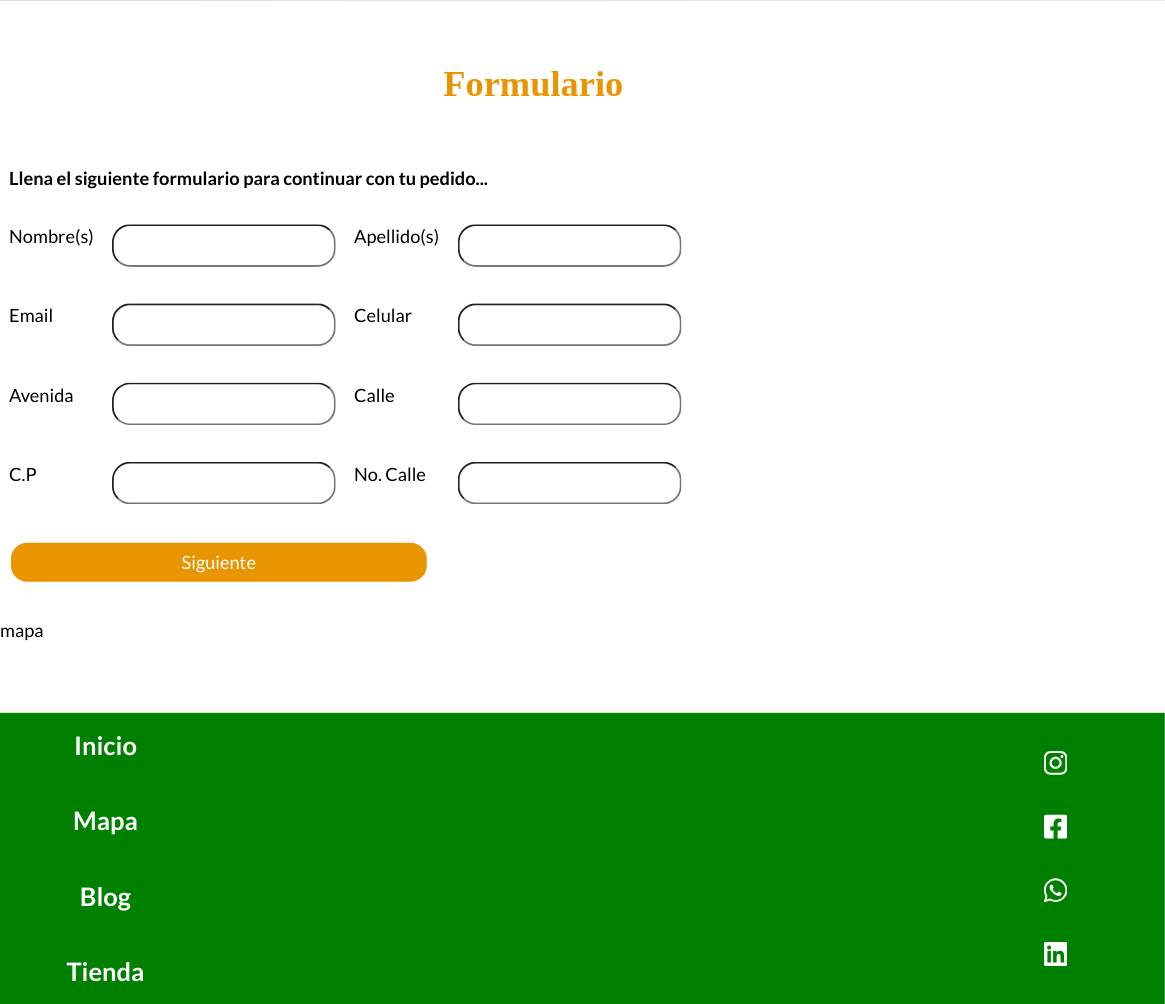
Repository: CarlosCamposRodriguez99/cv-beta-frontend
Page: /mapa
The author's editor kept a copy of each file at every save. The page is drawn from the files as they stood at one save, then again after a run of saves.
The browser window is 1280 px wide. The pictures show the part of the page from y = 219 to 1322 px (the page is 1322 px tall before and 1302 px after), at 91% of full size.
Some web fonts or font styles are not loaded; a fallback is used. The project was rebuilt for these pictures with package versions that can differ from the ones it lists, and the page was loaded fresh each time. The framework's server and built-in components were replaced by stand-ins that run in the browser. Also part of the build but not shown: next.config.js.

Above is the page before, as saved 2022-05-05 21:59:25.

### pages/_app.js
import { useState, useEffect } from 'react';
import '../styles/normalize.css';
import '../styles/globals.css';

function MyApp({ Component, pageProps }) {

  const [carrito, setCarrito] = useState([]);

  useEffect(() => {
    const carritoLS = JSON.parse(localStorage.getItem('carrito')) ?? [];
    setCarrito(carritoLS);

  }, [])

  useEffect(() => {
    localStorage.setItem("carrito", JSON.stringify(carrito));

  }, [carrito])

  const agregarCarrito = (producto) => {
    if(carrito.some((articulo) => articulo.id === producto.id)) {
      const carritoActualizado = carrito.map( articulo => {
        if(articulo.id === producto.id) {
          articulo.cantidad = producto.cantidad
        }
        return articulo;
      });

      setCarrito(carritoActualizado);
    } else {
      setCarrito([...carrito, producto]);
    }
  };

  const actualizarCantidad = (producto) => {
    const carritoActualizado = carrito.map((articulo) => {
      if(articulo.id === producto.id) {
        articulo.cantidad = producto.cantidad
      }
      return articulo;
    });

    setCarrito(carritoActualizado);
  };

  const eliminarProducto = id => {
    const carritoActualizado = carrito.filter( articulo => articulo.id !== id)
    setCarrito(carritoActualizado);
  }


  return <Component {...pageProps}
    carrito={carrito}
    agregarCarrito={agregarCarrito}
    actualizarCantidad={actualizarCantidad}
    eliminarProducto={eliminarProducto}

  />
}

export default MyApp

### pages/mapa.js
import Layout from '../components/Layout';
import styles from '../styles/Mapa.module.css';

const Mapa = () => {
  return (
    <Layout
      pagina='Mapa'
    >
      <div className={styles.head}>
        <h2 className={styles.titulo}>Formulario</h2>
        <p className={styles.descripcion}>Llena el siguiente formulario para continuar con tu pedido...</p>
        <form>
          <div className={styles.contenido}>
            <label
              className="block uppercase text-slate-800 font-bold text-xl"
              htmlFor="nombre"
            >Nombre(s) </label>

              <input
                type="text"
                id="nombre"
                className={styles.borde}
              />

            <label
              className="block uppercase text-slate-800 font-bold text-xl"
              htmlFor="apellido"
            >Apellido(s) </label>

              <input
                type="text"
                id="apellido"
                className={styles.borde}
              />

            <label
              className="block uppercase text-slate-800 font-bold text-xl"
              htmlFor="email"
            >Email </label>

              <input
                type="text"
                id="email"
                className={styles.borde}
              />

            <label
              className="block uppercase text-slate-600 font-bold text-xl"
              htmlFor="celular"
            >Celular </label>

              <input
                type="text"
                id="celular"
                className={styles.borde}
              />

            <label
              className="block uppercase text-slate-600 font-bold text-xl"
              htmlFor="avenida"
            >Avenida</label>

              <input
                type="text"
                id="avenida"
                className={styles.borde}
              />

            <label
              className="block uppercase text-slate-600 font-bold text-xl"
              htmlFor="calle"
            >Calle </label>

              <input
                type="text"
                id="calle"
                className={styles.borde}
              />

            <label
              className="block uppercase text-slate-600 font-bold text-xl"
              htmlFor="codigoPostal"
            >C.P </label>

              <input
                type="text"
                id="codigoPostal"
                className={styles.borde}
              />

            <label
              className="block uppercase text-slate-600 font-bold text-xl"
              htmlFor="numeroCalle"
            >No. Calle </label>

              <input
                type="text"
                id="numeroCalle"
                className={styles.borde}
              />
          </div>
        </form>


        <div className={styles.campo}>
          <input
            value="Siguiente"
            className={styles.boton}
            type="submit"

          />
        </div>
      </div>

      <div className={styles.contenido}>
        <div className={styles.campomapa}>
          <p>mapa</p>
        </div>

      </div>



    </Layout>


  )
}

export default Mapa;


// css-border: en input: "bg-gray-200 w-full lg:w-1/3 mt-3 p-2 rounded-md"

### styles/globals.css
@import url('https://fonts.googleapis.com/css2?family=Lato:ital,wght@0,700;1,400&family=Roboto+Slab:wght@400;700&display=swap');
@import url('https://fonts.googleapis.com/css2?family=Lato:wght@400;700;900&family=Libre+Bodoni:ital,wght@1,600;1,700&display=swap');

:root {
  --primary: #e99401;
  --negro: #262626;
  --verde: #008000;
  --blanco: #FFF;
  --fuente-principal: 'Outfit', sans-serif;
}
html {
  font-size: 62.5%;
  box-sizing: border-box;
}

@media(max-width:1200px) {
  html {
    display: flex;
    flex: 1;
  }
}
/*IPAD*/
@media(max-width:820px) {
  .html {
    display: flex;
  }
}
/*IPHONE 7 8 */
@media(min-width:300px) {
  .html {
    display: flex;
    flex: 1;
  }
}

*, *:before, *:after {
  box-sizing: inherit;
}
body {
  font-size: 2rem;
  font-family: 'Lato', sans-serif;
  line-height: 1.1;
}
img {
  max-width: 100%;
}
h1, h2, h3 {
  font-family: 'Lato', sans-serif;
  font-weight: 700;
}
[class*="contenedor"] {
  max-width: 120rem;
  margin: 0 auto;
  width: 90%;
}


[class*="heading"] {
  font-family: 'Libre Bodoni', serif; /* */
  font-size: 4rem;
  text-align: center;
  font-weight: 900;
  color: var(--primary);
  margin: 5rem 0;
}

### components/Layout.js
import Head from 'next/head'
import Header from './Header';
import Footer from './Footer';

const Layout = ({children, pagina, guitarra}) => {
  return (
    <div>
      <Head>
        <title>Plantas Tienda- {pagina}</title>
        <meta name="description" content="Sitio web de venta de plantas"/>
      </Head>

      <Header
        guitarra={guitarra}
      />

      {children}

      <Footer />

    </div>
  )
}

Layout.defaultProps = {
  guitarra: null
}

export default Layout;

### styles/Mapa.module.css
.titulo {
  font-family: 'Libre Bodoni', serif; /* */
  font-size: 4rem;
  text-align: center;
  font-weight: 900;
  color: var(--primary);
  margin: 5rem 0;
}

.descripcion {
  font-size: 2rem;
  font-weight: 700;
}

@media(min-width: 300px) {
  .descripcion {
    text-align: left;
  }
}

@media(min-width: 1200px) {
  .descripcion {
    text-align: left;
  }
}

.head {
  max-width: 120rem;
  margin: 2rem 1rem;
  width: 90%;
  display: grid;
}

.campo {
  width: 50%;
}

@media(min-width: 300px) {
  .campo {
    width: 100%;
    justify-content: center;
  }
}

@media(min-width: 1200px) {
  .campo {
    width: 40%;
  }
}

.boton {
  background-color: var(--primary);
  border: 2px solid #FFF;
  width: 100%;
  cursor: pointer;
  color: var(--blanco);
  justify-content: center;
  margin-top: 4rem;
  padding: 1rem;
  border-radius: 2rem;
  -webkit-border-radius: 2rem;
  -moz-border-radius: 2rem;
  -ms-border-radius: 2rem;
  -o-border-radius: 2rem;
}

.boton:hover {
  background-color: var(--negro);
  color: var(--blanco);
}

.borde {
  background-color: var(--blanco);
  margin-top: 2rem;
  padding: 1rem;
  border-radius: 2rem;
  -webkit-border-radius: 2rem;
  -moz-border-radius: 2rem;
  -ms-border-radius: 2rem;
  -o-border-radius: 2rem;
}

.contenido {
  display: grid;
  gap: 4rem;
  width: 50%;
}

.campomapa {
    gap: 4rem;
    display: grid;
    align-items: center;
    width: 100%;
}


@media(min-width: 300px) {
  .contenido {
    gap: 4rem;
    display: grid;
    grid-template-columns: repeat(2, 1fr);
    align-items: center;
  }
}

@media(min-width: 820px) {
  .contenido {
    gap: 2rem;
    display: grid;
    width: 30%;
  }
}

@media(min-width:1200px) {
  .contenido {
    grid-template-columns: repeat(4, 1fr);
    align-items: center;
  }
}

### components/Header.js
import Link from 'next/link'
import Image from 'next/image'
import { useRouter } from 'next/router'
import styles from "../styles/Header.module.css"

const Header = ({guitarra}) => {
  const router = useRouter()
  return (
      <header className={styles.header}>
      <div className="contenedor">
        <div className={styles.barra}>
          <Link href="/">
            <a><Image
              width={100}
              height={100}
              src="/img/logo.png"
              layout='fixed'
              alt="Imagen logo" />
            </a>
          </Link>


          <nav className={styles.navegacion}>
            <Link href="/">Inicio</Link>
            <Link href="/mapa">Mapa</Link>
            <Link href="/blog">Blog</Link>
            <Link href="/tienda">Tienda</Link>
            <Link href="/carrito">
              <a>
                <Image layout="fixed" width={30} height={25} src="/img/carrito.png" alt="Imagen carrito"/>
              </a>
            </Link>
          </nav>
        </div>

        {guitarra && (
          <div className={styles.modelo}>
            <h1>Promoción Especial</h1>
            <p>{guitarra.descripcion}</p>
            <p className={styles.precio}>${guitarra.precio}</p>
            <Link href={`/guitarras/${guitarra.url}`}>
              <a className={styles.enlace}>
                  Ver Producto
              </a>
            </Link>
          </div>
        )}
      </div>

      {router.pathname === '/' && (
        <div className={styles.guitarra}>
          <Image layout='fixed' width={500} height={1200} src='/img/' alt='imagen planta header' />
        </div>
      )}


      </header>
  )
}

export default Header;

### components/Footer.js
import Link from 'next/link'
import styles from '../styles/Footer.module.css'

const Footer = () => {

  const year = new Date().getFullYear();

  return (
    <footer className={styles.footer}>
      <div className={`contenedor ${styles.contenido}`}>
          <nav className={styles.navegacion}>
            <Link href="/">Inicio</Link>
            <Link href="/mapa">Mapa</Link>
            <Link href="/blog">Blog</Link>
            <Link href="/tienda">Tienda</Link>
          </nav>


          <ul className={styles.ul}>
            <li className={styles.list}>
              <a
                className={styles.iconoInsta}
                href="https://www.instagram.com/"
              ></a>
              <a
                className={styles.iconoFace}
                href="https://www.facebook.com/"
              ></a>
              <a
                className={styles.iconoWhats}
                href="https://web.whatsapp.com/"
              ></a>
              <a
                className={styles.iconoLinke}
              ></a>
            </li>
          </ul>

      </div>
    </footer>
  )
}

export default Footer;

### styles/Header.module.css
.header {
  background-image: linear-gradient(to right, rgba(10, 20, 10, 0.7), rgba(10, 10, 10, 0.4)), url(../public/img/background3.jpg);
  background-size: cover;
  background-position: 50%;
  padding: 5rem 0;
  position: relative;
}

/*IPAD*/
@media(max-width:820px) {
  .html {
    flex: 1;
  }
}
/*IPHONE 6,7,8*/
@media(min-width:300px) {
  .html {
    display: flex;
    flex: 1;
  }
}

.barra {
  display: flex;
  flex-direction: column;
  align-items: center;
}
@media(min-width:400px) {
  .barra {
    margin-right: 6rem 3rem;
  }
}
@media(min-width:768px) {
  .barra {
    flex-direction: row;
    justify-content: space-between;
  }
}
.navegacion {
  margin-top: 5rem;
  display: flex;
  gap: 4rem;
  position: relative;
  z-index: 1;
}
@media(min-width:768px) {
  .navegacion {
    margin-top: 0;
  }
}
@media(min-width:300px) {
  .navegacion {
    margin: 4rem 0;
    gap: 1.6rem;
  }
}
.navegacion a {
  color: var(--blanco);
  text-decoration: none;
  font-size: 1.8rem;
  font-weight: 700;
  text-transform: uppercase;
  padding: .5rem;
  transition-property: background-color;
  transition-duration: .8s;
}
.navegacion a:hover {
  background-color: var(--primary);
}
.modelo {
  color: var(--blanco);
  margin-top: 5.2rem;
  text-align: center;
}
@media(min-width:768px) {
  .modelo {
    text-align: left;
    width: 50%;
  }
}

.modelo h1 {
  font-size: 5rem;
  font-weight: 600;
  color: var(--blanco);
  font-family: 'Libre Bodoni', serif;
}

.modelo p:first-of-type {
  display: -webkit-box;
  -webkit-box-orient: vertical;
  -webkit-line-clamp: 3;
  overflow: hidden;
  font-size: 2.2rem;
}
.precio {
  font-size: 6rem;
  color: var(--primary);
  font-weight: 900;
  line-height: 0;
}
.enlace {
  margin-top: 2rem;
  text-decoration: none;
  text-align: center;
  text-transform: uppercase;
  font-size: 1.2rem;
  font-weight: 900;
  color: var(--blanco);
  border: 2px solid var(--primary);
  padding: 1rem 5rem;
  transition-property: background-color;
  transition-duration: .5s;
}
.enlace:hover {
  background-color: var(--primary);
  color: var(--blanco);
}
.guitarra {
  display: none;
}
@media(min-width:992px) {
  .guitarra {
    display: block;
    position: absolute;
    right: 0;
    bottom: -10px;
    animation-name: mostrarImagen;
    animation-duration: 1s;
    animation-iteration-count: 2;
    animation-delay: 0s;
    animation-timing-function: ease-in-out;
  }
}

@keyframes mostrarImagen {
  0% {
    opacity: 0;
    transform: translateX(-10rem);
}
  50% {
    opacity: 0;
  }

  100% {
    opacity: 1;
    transform: translateX(0);
  }
}

### styles/Footer.module.css
.footer {
  background-color: var(--verde);
  padding: 2rem 1rem;
  margin-top: 6rem;
  display: flex;
}
@media(min-width:768px) {
  .contenido {
    display: flex;
    justify-content: space-between;
    gap: 4rem;
  }
}

.navegacion {
  display: flex;
  flex-direction: row;
  align-items: center;
}

@media(min-width: 768px) {
  .navegacion {
    flex-direction: row;
    gap: 6rem;
    justify-content: space-between;
  }
}
@media(min-width: 1200px) {
  .navegacion {
    display: flex;
    flex-direction: row;
    gap: 4rem;
  }
}
@media(min-width:640px) {
  .navegacion {
    flex-direction: column;
    gap: 2rem;
  }
}
@media(min-width:300px) {
  .navegacion {
    flex-direction: column;
    gap: 4rem;
  }
}
.navegacion a {
  text-decoration: none;
  font-size: 2.8rem;
  color: var(--blanco);
  font-weight: 700;
}

.navegacion a:hover {
  color: var(--primary);
}

.copyright {
  display: flex;
  flex-direction: row;
  align-items: center;
  color: var(--blanco);
  text-align: center;
  font-size: 2.5rem;
  font-weight: 500;
}
@media(min-width:1200px) {
  .copyright {
    flex-direction: column;
    align-items: center;
    text-align: center;
    font-size: 1em;
    font-weight: 100;
  }
}
@media(min-width:640px) {
  .copyright {
    flex-direction: column;
    align-items: center;
    text-align: center;
    font-size: 1em;
    font-weight: 100;
  }
}
.list {
  display: flex;
  gap: 4rem;
  flex-direction: column;
  align-items: center;
}
@media(min-width:1200px) {
  .list {
    flex-direction: column;
  }
}

.iconoInsta {
  background-image: url("../public/img/instagram-brands.svg");
  padding: 3rem;
  cursor: pointer;
  padding-bottom: 0;
  background-repeat: no-repeat;
}
.iconoFace {
  background-image: url("../public/img/facebook-square-brands.svg");
  padding: 3rem;
  cursor: pointer;
  padding-bottom: 0;
  background-repeat: no-repeat;
}
.iconoWhats {
  background-image: url("../public/img/whatsapp-brands.svg");
  padding: 3rem;
  cursor: pointer;
  padding-bottom: 0;
  background-repeat: no-repeat;
}
.iconoLinke {
  background-image: url("../public/img/linkedin-brands.svg");
  padding: 3rem;
  cursor: pointer;
  padding-bottom: 0;
  background-repeat: no-repeat;
}

Loaded but not shown: styles/normalize.css (library)

After the next 2 saves:
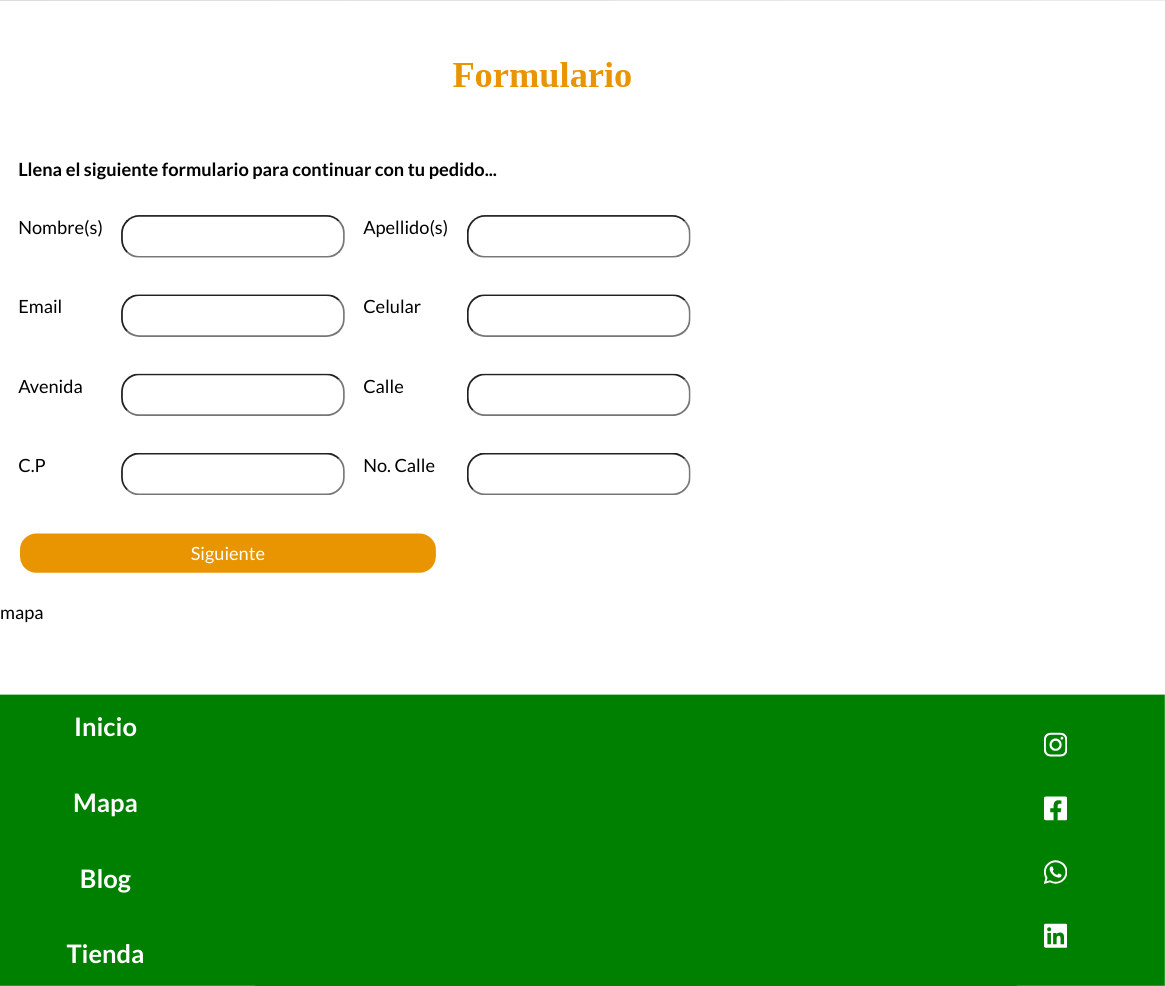
The 2 saves are shown as one change because they came seconds apart.
The last was saved 8 s later.
--- a/styles/Mapa.module.css
+++ b/styles/Mapa.module.css
@@ -26,7 +26,7 @@
 
 .head {
   max-width: 120rem;
-  margin: 2rem 1rem;
+  margin: 1rem 2rem;
   width: 90%;
   display: grid;
 }
